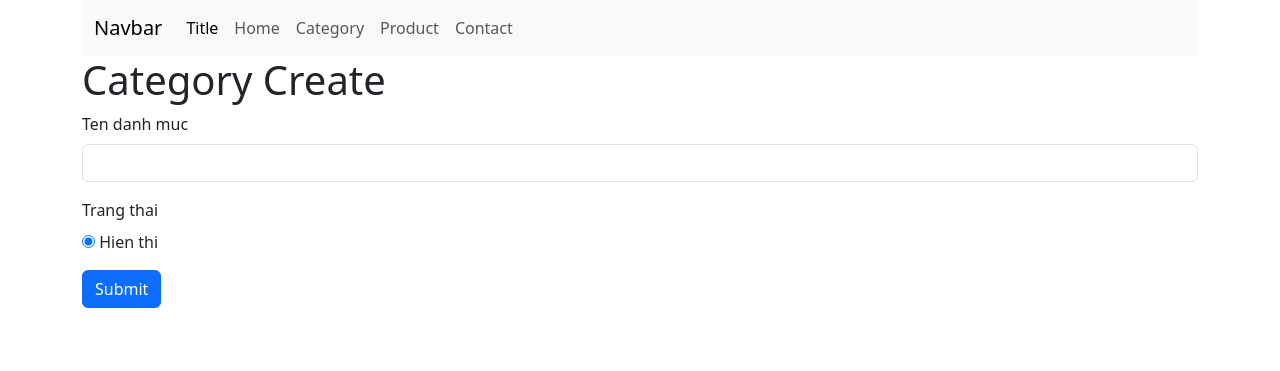
Repository: ndmq03102002/crud_laravel
Page: http://localhost/admin/category/create
An editor plug-in stored every save of this project. The page is shown before and after the next save, followed by the edit.
The browser window is 1280 px wide. The pictures show the whole page.
The page is served by the project's Laravel application, run on PHP 8.4 with Laravel 10. A made-up administrator, Test User (test@example.com), is signed in.

Above is the page before, as saved 2024-07-12 10:21:42.

After the next save:
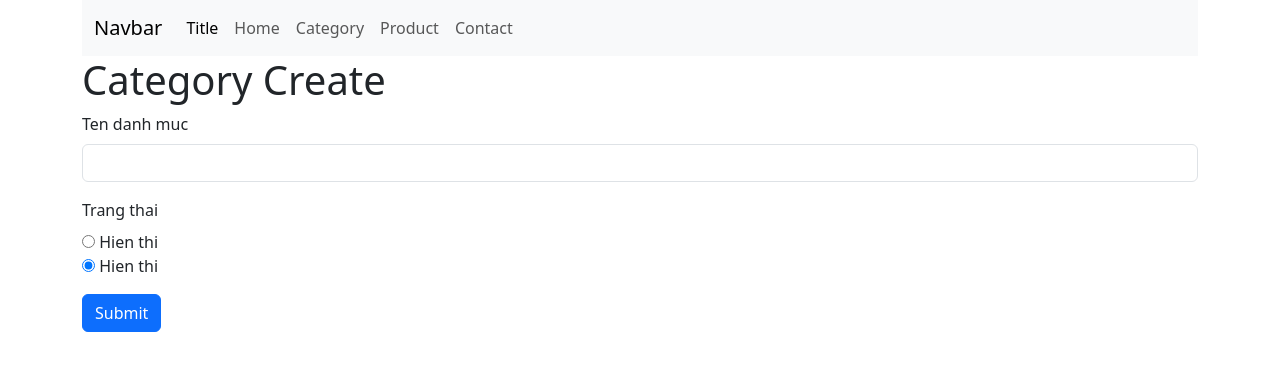
Saved 15 s later.
--- a/resources/views/admin/category/create.blade.php
+++ b/resources/views/admin/category/create.blade.php
@@ -19,6 +19,12 @@
             Hien thi
         </label>
       </div>
+      <div class="radio">
+        <label for="">
+            <input type="radio" name="status" value="1" checked>
+            Hien thi
+        </label>
+      </div>
     </div>
 
     <button type="submit" class="btn btn-primary">Submit</button>
